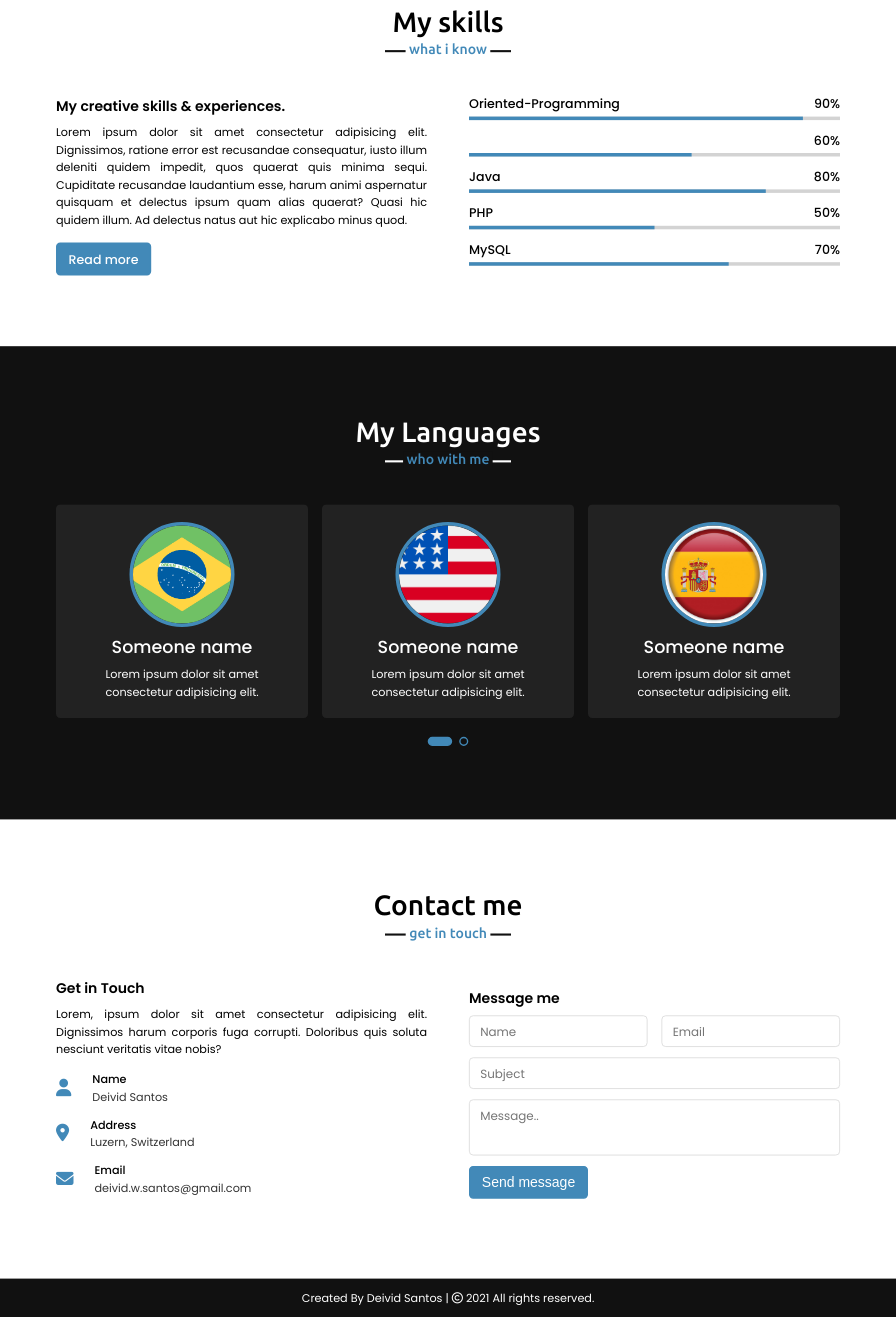
Repository: deividwsantoss/portfolio
Page: index.html
These files come from the project's save history. The page is drawn as it stood at one moment and after the next save; the edit follows.
The browser window is 1280 px wide. The pictures show the part of the page from y = 2191 to 4111 px (the page is 4073 px tall before and 4111 px after), at 70% of full size.
Some web libraries are served in a nearby version.

Above is the page before, as saved 2021-03-02 09:11:26.

### index.html
<!DOCTYPE html>
<html lang="en">
    <head>
        <meta charset="UTF-8">
        <meta name="viewport" content="width=device-width, initial-scale=1.0">
       <title>Deivid Santos Portfolio</title>
        <link rel="stylesheet" href="/Content/style.css">
        <script src="https://kit.fontawesome.com/a076d05399.js"></script>
        <script  src="https://code.jquery.com/jquery-3.5.1.min.js"></script>
        <script src="https://cdnjs.cloudflare.com/ajax/libs/typed.js/2.0.11/typed.min.js"></script>
        <script src="https://cdnjs.cloudflare.com/ajax/libs/waypoints/4.0.1/jquery.waypoints.min.js"></script>
        <script src="https://cdnjs.cloudflare.com/ajax/libs/OwlCarousel2/2.3.4/owl.carousel.min.js"></script>
        <link rel="stylesheet" href="https://cdnjs.cloudflare.com/ajax/libs/OwlCarousel2/2.3.4/assets/owl.carousel.min.css"/>
    </head>
<body>
    <nav class="navbar">
        <div class="max-width">
            <div class="logo"><a href="#">Portifo<span>lio.</span></a></div>
            <ul class="menu">
                <li><a href="#home" class="menu-btn">Home</a></li>
                <li><a href="#about" class="menu-btn">About</a></li>
                <li><a href="#services" class="menu-btn">Services</a></li>
                <li><a href="#skills" class="menu-btn">Skills</a></li>
                <li><a href="#teams" class="menu-btn">Teams</a></li>
                <li><a href="#contact" class="menu-btn">Contact</a></li>
            </ul>
            <div class="menu-btn">
                <i class="fas fa-bars"></i>
            </div>
        </div>
    </nav>

    <!-- Home Section Start -->
    <section class="home" id="home">
        <div class="max-width">
            <div class="home-content">
                <div class="text-1">Hello, my name is </div>
                <div class="text-2">Deivid Santos</div>
                <div class="text-3">And I'm a  <span class="typing"></span></div>
            </div>
        </div>
    </section>
<!-- about section start -->
<section class="about" id="about">
    <div class="max-width">
        <h2 class="title">About me</h2>
        <div class="about-content">
            <div class="column left">
                <img src="images/profile-1.jpeg" alt="">
            </div>
            <div class="column right">
                <div class="text">I'm Deivid and I'm a <span class="typing-2"></span></div>
                <p>Lorem ipsum dolor sit amet consectetur adipisicing elit. Quasi ut voluptatum eveniet doloremque autem excepturi eaque, sit laboriosam voluptatem nisi delectus. Facere explicabo hic minus accusamus alias fuga nihil dolorum quae. Explicabo illo unde, odio consequatur ipsam possimus veritatis, placeat, ab molestiae velit inventore exercitationem consequuntur blanditiis omnis beatae. Dolor iste excepturi ratione soluta quas culpa voluptatum repudiandae harum non.</p>
                <a href="#">Download CV</a>
            </div>
        </div>
    </div>
</section>
  <!-- services section start -->
  <section class="services" id="services">
    <div class="max-width">
        <h2 class="title">My services</h2>
        <div class="serv-content">
            <div class="card">
                <div class="box">
                    <i class="fas fa-paint-brush"></i>
                    <div class="text">Software Development</div>
                    <p>With good knowledge in Oriented-Object Programing, solutions-oriented professional, I am passionate about all the Software Development Life Cycle, from extensive analysis and design though execution and maintenance. </p>
                </div>
            </div>
            <div class="card">
                <div class="box">
                    <i class="fas fa-chart-line"></i>
                    <div class="text">Test Engineer</div>
                    <p>Experienced with software testing and quality assurance, with excellent analytical and diversified experience in manual and automated testing of web-based and client/server application.  </p>
                </div>
            </div>
            <div class="card">
                <div class="box">
                    <i class="fas fa-code"></i>
                    <div class="text">Software Engineer</div>
                    <p>Seasoned, foward-looking, with +4 years' background in creating and executing innovative software solutions to enhance business productivity.</p>
                </div>
            </div>
           </div>
        </div>
    </div>
</section>

<!-- skills section start -->
<section class="skills" id="skills">
    <div class="max-width">
        <h2 class="title">My skills</h2>
        <div class="skills-content">
            <div class="column left">
                <div class="text">My creative skills & experiences.</div>
                <p>Lorem ipsum dolor sit amet consectetur adipisicing elit. Dignissimos, ratione error est recusandae consequatur, iusto illum deleniti quidem impedit, quos quaerat quis minima sequi. Cupiditate recusandae laudantium esse, harum animi aspernatur quisquam et delectus ipsum quam alias quaerat? Quasi hic quidem illum. Ad delectus natus aut hic explicabo minus quod.</p>
                <a href="#">Read more</a>
            </div>
            <div class="column right">
                <div class="bars">
                    <div class="info">
                        <span>Oriented-Programming</span>
                        <span>90%</span>
                    </div>
                    <div class="line html"></div>
                </div>
                <div class="bars">
                    <div class="info">
                        <span></span>
                        <span>60%</span>
                    </div>
                    <div class="line css"></div>
                </div>
                <div class="bars">
                    <div class="info">
                        <span>Java</span>
                        <span>80%</span>
                    </div>
                    <div class="line js"></div>
                </div>
                <div class="bars">
                    <div class="info">
                        <span>PHP</span>
                        <span>50%</span>
                    </div>
                    <div class="line php"></div>
                </div>
                <div class="bars">
                    <div class="info">
                        <span>MySQL</span>
                        <span>70%</span>
                    </div>
                    <div class="line mysql"></div>
                </div>
            </div>
        </div>
    </div>
</section>

<!-- speaking section start -->
<section class="teams" id="teams">
    <div class="max-width">
        <h2 class="title">My Languages</h2>
        <div class="carousel owl-carousel">
            <div class="card">
                <div class="box">
                    <img src="images/brazil.jpg" alt="">
                    <div class="text">Someone name</div>
                    <p>Lorem ipsum dolor sit amet consectetur adipisicing elit.</p>
                </div>
            </div>
            <div class="card">
                <div class="box">
                    <img src="images/usa.png" alt="">
                    <div class="text">Someone name</div>
                    <p>Lorem ipsum dolor sit amet consectetur adipisicing elit.</p>
                </div>
            </div>
            <div class="card">
                <div class="box">
                    <img src="images/depositphotos_5100716-stock-illustration-spain-flag-icon.jpg" alt="">
                    <div class="text">Someone name</div>
                    <p>Lorem ipsum dolor sit amet consectetur adipisicing elit.</p>
                </div>
            </div>
            <div class="card">
                <div class="box">
                    <img src="images/germany.jpg" alt="">
                    <div class="text">Someone name</div>
                    <p>Lorem ipsum dolor sit amet consectetur adipisicing elit.</p>
                </div>
            </div>
            <div class="card">
                <div class="box">
                    <img src="images/switzerland.jpg" alt="">
                    <div class="text">Someone name</div>
                    <p>Lorem ipsum dolor sit amet consectetur adipisicing elit.</p>
                </div>
            </div>
        </div>
    </div>
</section>

<!-- contact section start -->
<section class="contact" id="contact">
    <div class="max-width">
        <h2 class="title">Contact me</h2>
        <div class="contact-content">
            <div class="column left">
                <div class="text">Get in Touch</div>
                <p>Lorem, ipsum dolor sit amet consectetur adipisicing elit. Dignissimos harum corporis fuga corrupti. Doloribus quis soluta nesciunt veritatis vitae nobis?</p>
                <div class="icons">
                    <div class="row">
                        <i class="fas fa-user"></i>
                        <div class="info">
                            <div class="head">Name</div>
                            <div class="sub-title">Deivid Santos</div>
                        </div>
                    </div>
                    <div class="row">
                        <i class="fas fa-map-marker-alt"></i>
                        <div class="info">
                            <div class="head">Address</div>
                            <div class="sub-title">Luzern, Switzerland</div>
                        </div>
                    </div>
                    <div class="row">
                        <i class="fas fa-envelope"></i>
                        <div class="info">
                            <div class="head">Email</div>
                            <div class="sub-title">deivid.w.santos@gmail.com</div>
                        </div>
                    </div>
                </div>
            </div>
            <div class="column right">
                <div class="text">Message me</div>
                <form action="#">
                    <div class="fields">
                        <div class="field name">
                            <input type="text" placeholder="Name" required>
                        </div>
                        <div class="field email">
                            <input type="email" placeholder="Email" required>
                        </div>
                    </div>
                    <div class="field">
                        <input type="text" placeholder="Subject" required>
                    </div>
                    <div class="field textarea">
                        <textarea cols="30" rows="10" placeholder="Message.." required></textarea>
                    </div>
                    <div class="button">
                        <button type="submit">Send message</button>
                    </div>
                </form>
            </div>
        </div>
    </div>
</section>

<!-- footer section start -->
<footer>
    <span>Created By Deivid Santos | <span class="far fa-copyright"></span> 2021 All rights reserved.</span>
</footer>

<script src="script.js"></script>
</body>
</html>
    <script src="/Scripts/script.js" type="text/javascript"></script>
</body>
</html>

Loaded but not shown: Scripts/script.js (72 lines, source omitted); Content/style.css (673 lines, source omitted)

After the next save:
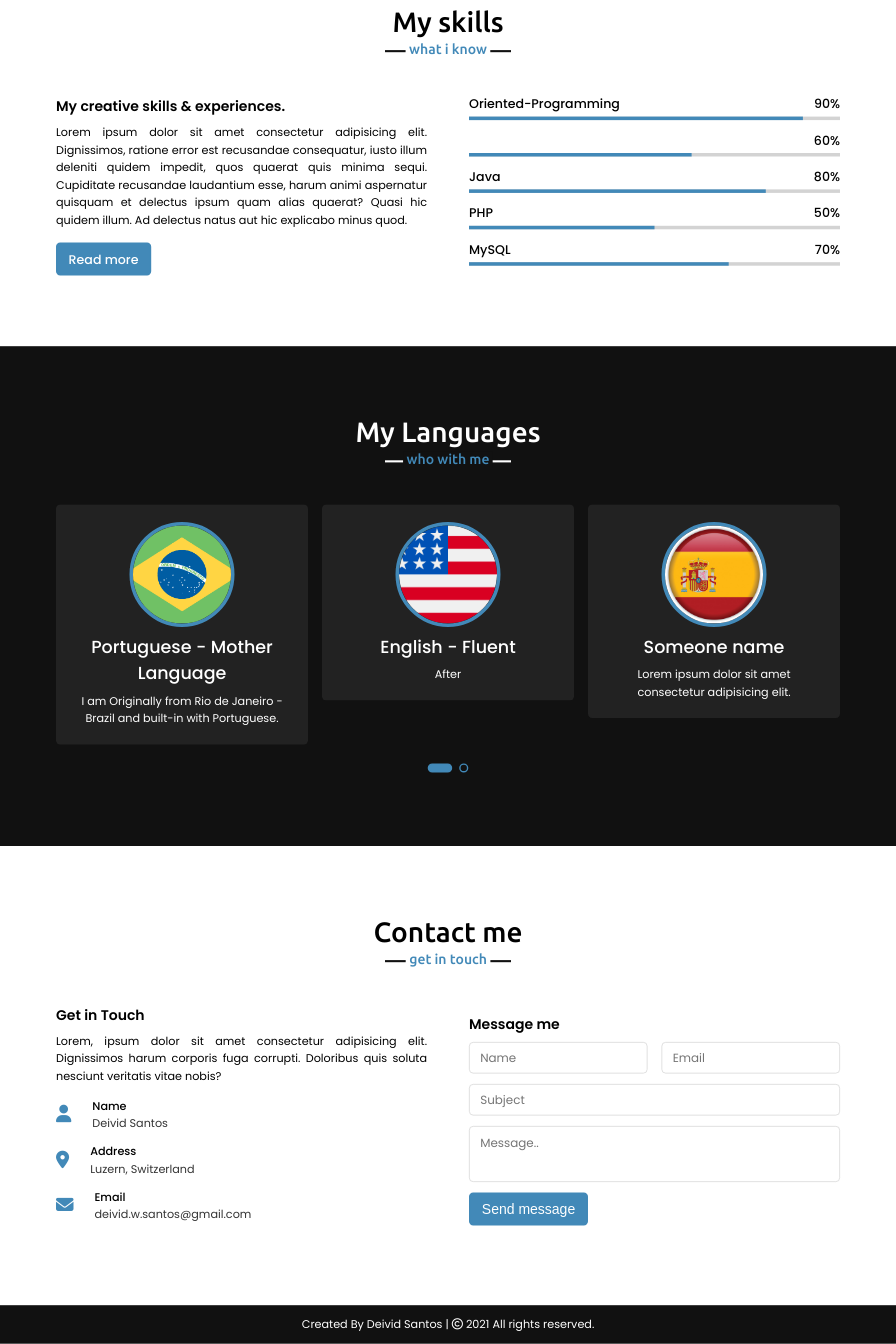
Saved 3 min 6 s later.
--- a/index.html
+++ b/index.html
@@ -146,15 +146,15 @@
             <div class="card">
                 <div class="box">
                     <img src="images/brazil.jpg" alt="">
-                    <div class="text">Someone name</div>
-                    <p>Lorem ipsum dolor sit amet consectetur adipisicing elit.</p>
+                    <div class="text">Portuguese - Mother Language</div>
+                    <p>I am Originally from Rio de Janeiro - Brazil and built-in with Portuguese.</p>
                 </div>
             </div>
             <div class="card">
                 <div class="box">
                     <img src="images/usa.png" alt="">
-                    <div class="text">Someone name</div>
-                    <p>Lorem ipsum dolor sit amet consectetur adipisicing elit.</p>
+                    <div class="text">English - Fluent</div>
+                    <p>After </p>
                 </div>
             </div>
             <div class="card">
